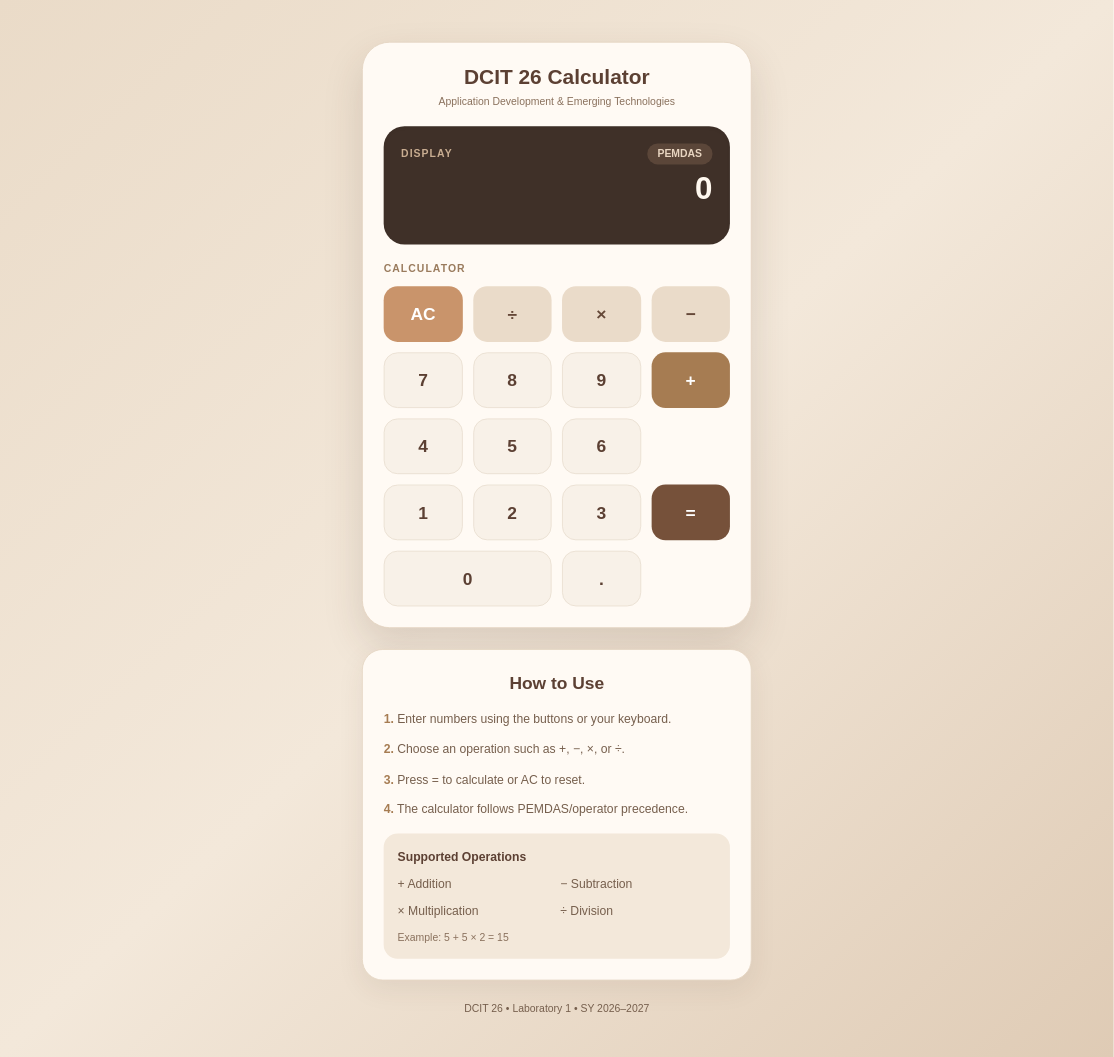
Repository: JulyoGit/first
Page: /
An editor plug-in stored every save of this project. The page is shown before and after the next save, followed by the edit.
The browser window is 1280 px wide. The pictures show the whole page, at 87% of full size.
The project was rebuilt for these pictures with package versions that can differ from the ones it lists, and the page was loaded fresh each time. Also part of the build but not shown: vite.config.js.

Above is the page before, as saved 2026-09-27 16:43:03.

### index.html
<!doctype html>
<html lang="en">
  <head>
    <meta charset="UTF-8" />
    <link rel="icon" type="image/svg+xml" href="/favicon.svg" />
    <meta name="viewport" content="width=device-width, initial-scale=1.0" />
    <title>calculator</title>
  </head>
  <body>
    <div id="root"></div>
    <script type="module" src="/src/main.jsx"></script>
  </body>
</html>

### src/index.css
@import "tailwindcss";

* {
  box-sizing: border-box;
}

body {
  margin: 0;
  min-width: 320px;
  min-height: 100vh;
  font-family: Arial, Helvetica, sans-serif;
}

### src/App.jsx
import { useEffect, useState } from "react";

function CalculatorButton({ children, onClick, className = "" }) {
  return (
    <button
      onClick={onClick}
      className={`h-16 rounded-2xl text-xl font-semibold transition-all duration-150 hover:-translate-y-0.5 hover:shadow-md active:translate-y-0 active:scale-95 focus:outline-none focus:ring-2 focus:ring-[#b98b62] ${className}`}
    >
      {children}
    </button>
  );
}

function UserGuide() {
  return (
    <section className="mt-6 rounded-3xl border border-[#e6d7c5] bg-[#fffaf4] p-6 shadow-[0_10px_30px_rgba(82,57,38,0.08)]">
      <h2 className="mb-4 text-center text-xl font-bold text-[#5c4033]">
        How to Use
      </h2>

      <div className="space-y-3 text-sm leading-relaxed text-[#765f4d]">
        <p>
          <span className="font-bold text-[#a67c52]">1.</span>{" "}
          Enter numbers using the buttons or your keyboard.
        </p>

        <p>
          <span className="font-bold text-[#a67c52]">2.</span>{" "}
          Choose an operation such as +, −, ×, or ÷.
        </p>

        <p>
          <span className="font-bold text-[#a67c52]">3.</span>{" "}
          Press = to calculate or AC to reset.
        </p>

        <p>
          <span className="font-bold text-[#a67c52]">4.</span>{" "}
          The calculator follows PEMDAS/operator precedence.
        </p>

        <div className="mt-4 rounded-2xl bg-[#f3e8da] p-4">
          <p className="mb-2 font-semibold text-[#5c4033]">
            Supported Operations
          </p>

          <div className="grid grid-cols-2 gap-2 text-[#765f4d]">
            <span>+ Addition</span>
            <span>− Subtraction</span>
            <span>× Multiplication</span>
            <span>÷ Division</span>
          </div>

          <p className="mt-3 text-xs text-[#8a715d]">
            Example: 5 + 5 × 2 = 15
          </p>
        </div>
      </div>
    </section>
  );
}

function evaluateExpression(expression) {
  const tokens = expression.match(/(?:\d+(?:\.\d*)?|\.\d+|[+\-×÷])/g);

  if (!tokens || tokens.length === 0) {
    return "Error";
  }

  if (
    isNaN(Number(tokens[0])) ||
    isNaN(Number(tokens[tokens.length - 1]))
  ) {
    return "Error";
  }

  const values = [...tokens];


  for (let i = 1; i < values.length - 1; i++) {
    if (values[i] === "×" || values[i] === "÷") {
      const left = Number(values[i - 1]);
      const right = Number(values[i + 1]);

      if (values[i] === "÷" && right === 0) {
        return "Error";
      }

      const result =
        values[i] === "×"
          ? left * right
          : left / right;

      values.splice(i - 1, 3, String(result));

      i -= 2;
    }
  }



  let result = Number(values[0]);

  for (let i = 1; i < values.length; i += 2) {
    const operation = values[i];
    const number = Number(values[i + 1]);

    if (operation === "+") {
      result += number;
    } else if (operation === "-") {
      result -= number;
    }
  }

  if (!Number.isFinite(result)) {
    return "Error";
  }

  return result;
}

function Calculator() {
  const [display, setDisplay] = useState("0");
  const [expression, setExpression] = useState("");
  const [justCalculated, setJustCalculated] = useState(false);

  const inputNumber = (number) => {


    if (display === "Error") {
      setDisplay(number);
      setExpression(number);
      setJustCalculated(false);
      return;
    }



    if (justCalculated) {
      setDisplay(number);
      setExpression(number);
      setJustCalculated(false);
      return;
    }



    if (expression === "" || expression === "0") {
      setExpression(number);
      setDisplay(number);
      return;
    }



    const parts = expression.split(/[+\-×÷]/);
    const currentNumber = parts[parts.length - 1];


    if (currentNumber === "0") {
      const newExpression =
        expression.slice(0, expression.length - 1) + number;

      setExpression(newExpression);
      setDisplay(newExpression);
      return;
    }

    const newExpression = expression + number;

    setExpression(newExpression);
    setDisplay(newExpression);
  };

  const inputDecimal = () => {
    if (display === "Error") {
      setExpression("0.");
      setDisplay("0.");
      setJustCalculated(false);
      return;
    }

    if (justCalculated) {
      setExpression("0.");
      setDisplay("0.");
      setJustCalculated(false);
      return;
    }



    const parts = expression.split(/[+\-×÷]/);
    const currentNumber = parts[parts.length - 1];


    if (currentNumber.includes(".")) {
      return;
    }

    if (expression === "") {
      setExpression("0.");
      setDisplay("0.");
      return;
    }


    if (
      expression.endsWith("+") ||
      expression.endsWith("-") ||
      expression.endsWith("×") ||
      expression.endsWith("÷")
    ) {
      const newExpression = expression + "0.";

      setExpression(newExpression);
      setDisplay(newExpression);
      return;
    }

    const newExpression = expression + ".";

    setExpression(newExpression);
    setDisplay(newExpression);
  };

  const chooseOperator = (nextOperator) => {
    if (display === "Error") {
      return;
    }


    if (justCalculated) {
      setExpression(display + nextOperator);
      setDisplay(display + nextOperator);
      setJustCalculated(false);
      return;
    }


    if (expression === "") {
      return;
    }



    const lastCharacter = expression.slice(-1);

    if (["+", "-", "×", "÷"].includes(lastCharacter)) {
      const newExpression =
        expression.slice(0, -1) + nextOperator;

      setExpression(newExpression);
      setDisplay(newExpression);
      return;
    }

    const newExpression = expression + nextOperator;

    setExpression(newExpression);
    setDisplay(newExpression);
  };

  const performCalculation = () => {
    if (expression === "" || display === "Error") {
      return;
    }


    const lastCharacter = expression.slice(-1);

    if (["+", "-", "×", "÷"].includes(lastCharacter)) {
      return;
    }

    const result = evaluateExpression(expression);

    if (result === "Error") {
      setDisplay("Error");
      setExpression("");
      setJustCalculated(false);
      return;
    }

    setDisplay(String(result));
    setExpression(String(result));
    setJustCalculated(true);
  };

  const clearCalculator = () => {
    setDisplay("0");
    setExpression("");
    setJustCalculated(false);
  };

  useEffect(() => {
    const handleKeyDown = (event) => {
      const key = event.key;

      if (key >= "0" && key <= "9") {
        inputNumber(key);
      } else if (key === ".") {
        inputDecimal();
      } else if (key === "+") {
        chooseOperator("+");
      } else if (key === "-") {
        chooseOperator("-");
      } else if (key === "*") {
        chooseOperator("×");
      } else if (key === "/") {
        event.preventDefault();
        chooseOperator("÷");
      } else if (key === "Enter" || key === "=") {
        performCalculation();
      } else if (key === "Escape" || key.toLowerCase() === "c") {
        clearCalculator();
      }
    };

    window.addEventListener("keydown", handleKeyDown);

    return () => {
      window.removeEventListener("keydown", handleKeyDown);
    };
  });

  return (
    <div className="rounded-[2rem] border border-[#e5d5c2] bg-[#fffaf4] p-5 shadow-[0_20px_45px_rgba(74,50,32,0.15)] sm:p-6">

      <div className="mb-5">
        <h1 className="text-center text-2xl font-bold text-[#5c4033]">
          DCIT 26 Calculator
        </h1>

        <p className="mt-1 text-center text-xs text-[#8a715d]">
          Application Development & Emerging Technologies
        </p>
      </div>

      <div className="mb-5 rounded-3xl bg-[#3f3028] p-5 shadow-inner">
        <div className="mb-2 flex items-center justify-between">
          <span className="text-xs font-semibold uppercase tracking-widest text-[#c9ad91]">
            Display
          </span>

          <span className="rounded-full bg-[#5b4639] px-3 py-1 text-xs font-semibold text-[#e8d5c1]">
            PEMDAS
          </span>
        </div>

        <div className="min-h-16 overflow-x-auto whitespace-nowrap text-right text-4xl font-bold text-[#fff8ef]">
          {display}
        </div>
      </div>

      <div className="mb-3">
        <p className="text-xs font-semibold uppercase tracking-widest text-[#9a7b5d]">
          Calculator
        </p>
      </div>

      <div className="grid grid-cols-4 gap-3">

        <CalculatorButton
          onClick={clearCalculator}
          className="bg-[#c9946b] text-white"
        >
          AC
        </CalculatorButton>

        <CalculatorButton
          onClick={() => chooseOperator("÷")}
          className="bg-[#eadbc9] text-[#654838]"
        >
          ÷
        </CalculatorButton>

        <CalculatorButton
          onClick={() => chooseOperator("×")}
          className="bg-[#eadbc9] text-[#654838]"
        >
          ×
        </CalculatorButton>

        <CalculatorButton
          onClick={() => chooseOperator("-")}
          className="bg-[#eadbc9] text-[#654838]"
        >
          −
        </CalculatorButton>

        <CalculatorButton
          onClick={() => inputNumber("7")}
          className="border border-[#eadfd1] bg-[#f8f1e8] text-[#5c4033]"
        >
          7
        </CalculatorButton>

        <CalculatorButton
          onClick={() => inputNumber("8")}
          className="border border-[#eadfd1] bg-[#f8f1e8] text-[#5c4033]"
        >
          8
        </CalculatorButton>

        <CalculatorButton
          onClick={() => inputNumber("9")}
          className="border border-[#eadfd1] bg-[#f8f1e8] text-[#5c4033]"
        >
          9
        </CalculatorButton>

        <CalculatorButton
          onClick={() => chooseOperator("+")}
          className="row-span-2 bg-[#a67c52] text-white"
        >
          +
        </CalculatorButton>

        <CalculatorButton
          onClick={() => inputNumber("4")}
          className="border border-[#eadfd1] bg-[#f8f1e8] text-[#5c4033]"
        >
          4
        </CalculatorButton>

        <CalculatorButton
          onClick={() => inputNumber("5")}
          className="border border-[#eadfd1] bg-[#f8f1e8] text-[#5c4033]"
        >
          5
        </CalculatorButton>

        <CalculatorButton
          onClick={() => inputNumber("6")}
          className="border border-[#eadfd1] bg-[#f8f1e8] text-[#5c4033]"
        >
          6
        </CalculatorButton>

        <CalculatorButton
          onClick={() => inputNumber("1")}
          className="border border-[#eadfd1] bg-[#f8f1e8] text-[#5c4033]"
        >
          1
        </CalculatorButton>

        <CalculatorButton
          onClick={() => inputNumber("2")}
          className="border border-[#eadfd1] bg-[#f8f1e8] text-[#5c4033]"
        >
          2
        </CalculatorButton>

        <CalculatorButton
          onClick={() => inputNumber("3")}
          className="border border-[#eadfd1] bg-[#f8f1e8] text-[#5c4033]"
        >
          3
        </CalculatorButton>

        <CalculatorButton
          onClick={performCalculation}
          className="row-span-2 bg-[#76513a] text-white"
        >
          =
        </CalculatorButton>

        <CalculatorButton
          onClick={() => inputNumber("0")}
          className="col-span-2 border border-[#eadfd1] bg-[#f8f1e8] text-[#5c4033]"
        >
          0
        </CalculatorButton>

        <CalculatorButton
          onClick={inputDecimal}
          className="border border-[#eadfd1] bg-[#f8f1e8] text-[#5c4033]"
        >
          .
        </CalculatorButton>
      </div>
    </div>
  );
}

function App() {
  return (
    <main className="min-h-screen bg-gradient-to-br from-[#eadbc8] via-[#f3e8da] to-[#dfcbb5] px-4 py-8 sm:py-12">

      <div className="mx-auto w-full max-w-md">

        <Calculator />

        <UserGuide />

        <footer className="mt-6 text-center text-xs text-[#765f4d]">
          DCIT 26 • Laboratory 1 • SY 2026–2027
        </footer>

      </div>
    </main>
  );
}
export default App;

Loaded but not shown: src/main.jsx (common file)

After the next save:
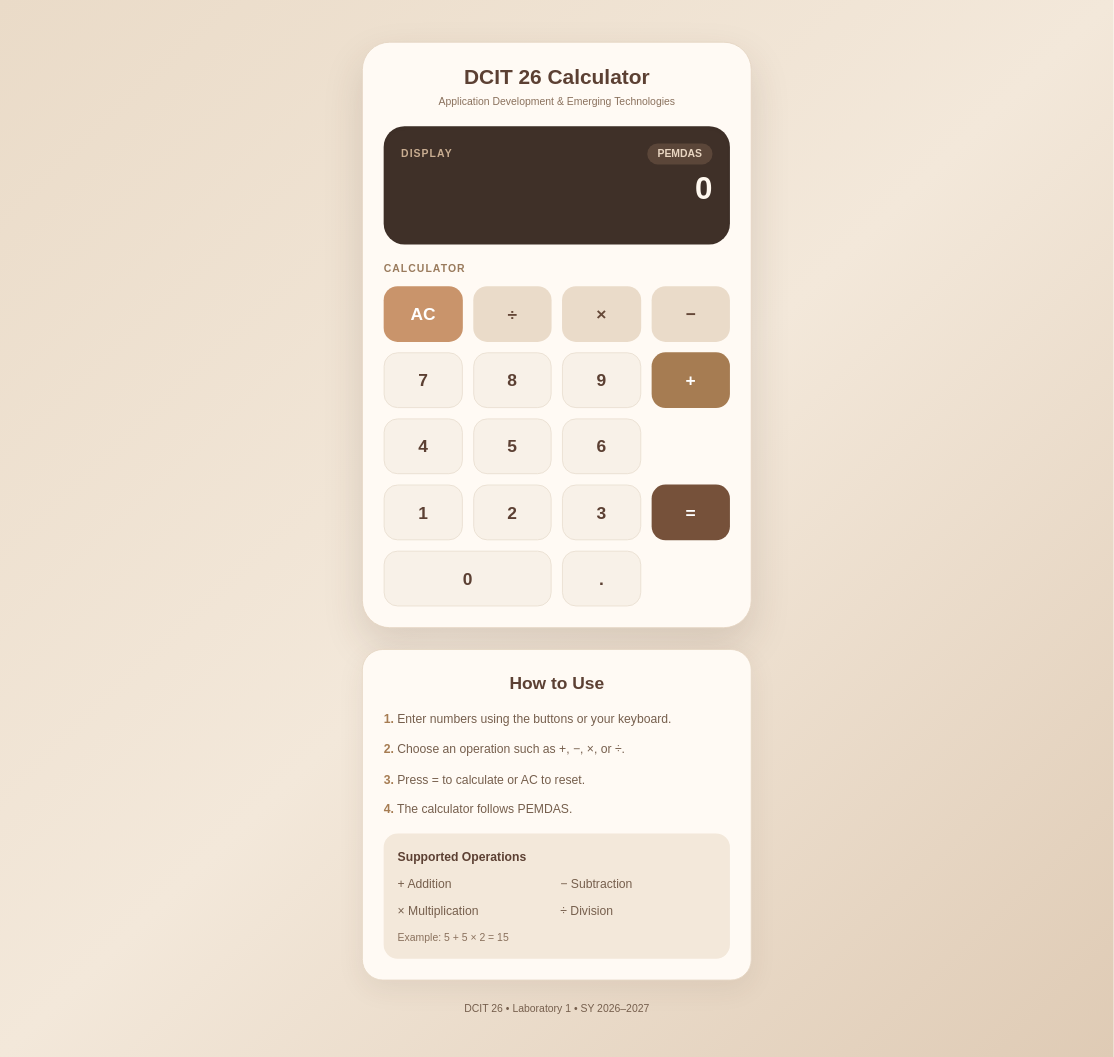
Saved 63 s later.
--- a/src/App.jsx
+++ b/src/App.jsx
@@ -36,7 +36,7 @@
 
         <p>
           <span className="font-bold text-[#a67c52]">4.</span>{" "}
-          The calculator follows PEMDAS/operator precedence.
+          The calculator follows PEMDAS.
         </p>
 
         <div className="mt-4 rounded-2xl bg-[#f3e8da] p-4">
